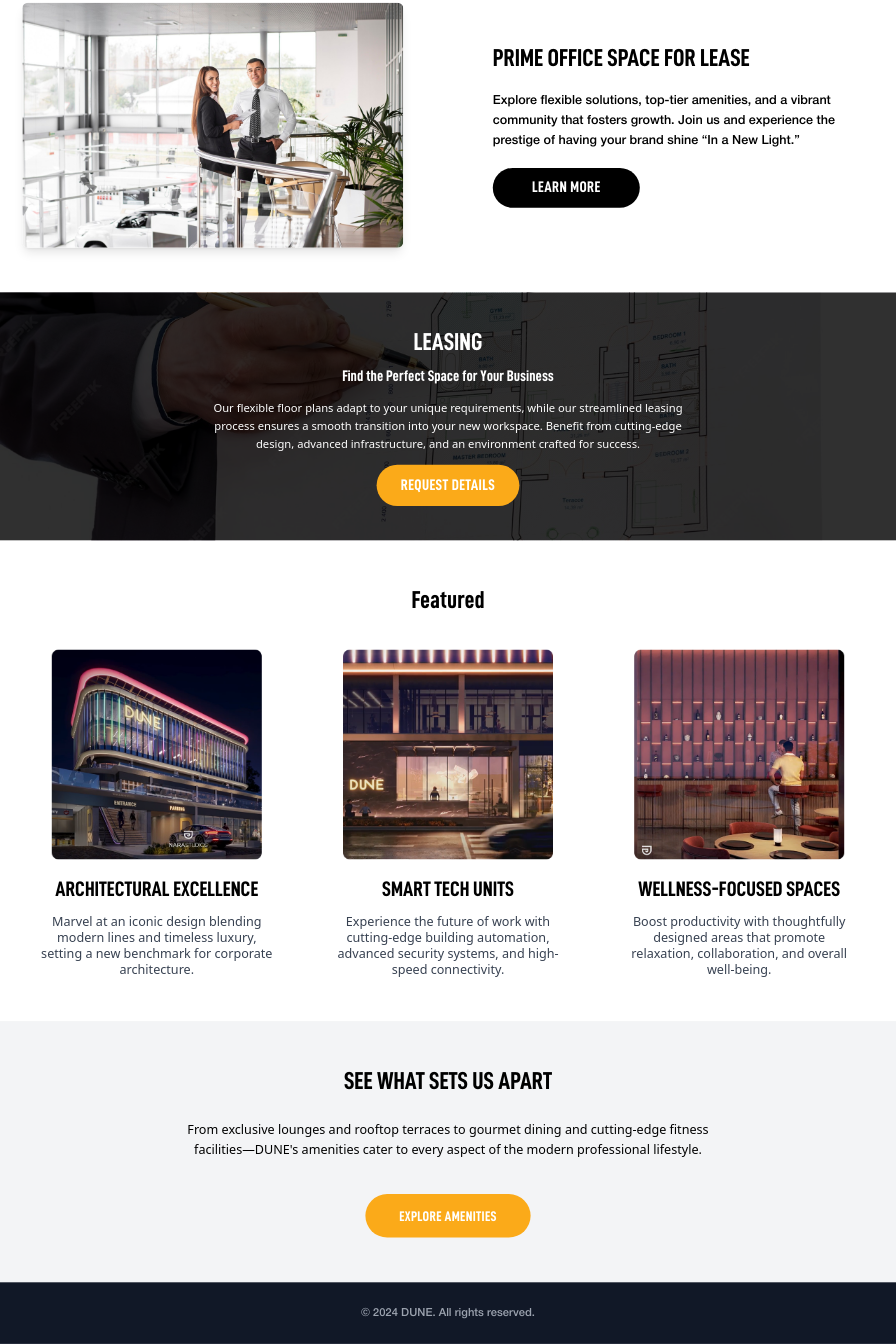
Repository: ahmedassr5765/dune
Page: index.html
An editor plug-in stored every save of this project. The page is shown before and after the next save, followed by the edit.
The browser window is 1280 px wide. The pictures show the part of the page from y = 1687 to 3607 px (the page is 3607 px tall), at 70% of full size.
Some web libraries are served in a nearby version.

Above is the page before, as saved 2025-07-12 19:01:19.

### index.html
<!DOCTYPE html>
<html lang="en" dir="ltr">
<head>
    <meta charset="UTF-8">
    <meta name="viewport" content="width=device-width, initial-scale=1.0">
    <title>DUNE</title>

    <!-- Google Fonts -->
    <link rel="preconnect" href="https://fonts.googleapis.com">
    <link rel="preconnect" href="https://fonts.gstatic.com" crossorigin>
    <link href="https://fonts.googleapis.com/css2?family=DM+Serif+Display:ital@0;1&display=swap" rel="stylesheet">

    <!-- Local Fonts -->
    <style>
        @font-face {
            font-family: 'D-DIN Condensed';
            src: url('./Fonts/D-DINCondensed-Bold.otf') format('opentype');
            font-weight: 700;
            font-style: normal;
        }

        @font-face {
            font-family: 'Helvetica Neue';
            src: url('./Fonts/HelveticaNeueMedium.otf') format('opentype');
            font-weight: 400;
            font-style: normal;
        }
    </style>

    <!-- TailwindCSS -->
    <script src="https://cdn.tailwindcss.com"></script>

    <!-- TailwindCSS Configuration -->
    <script>
        tailwind.config = {
            theme: {
                extend: {
                    fontFamily: {
                        'ddin': ['D-DIN Condensed', 'sans-serif'],
                        'helvetica': ['Helvetica Neue', 'sans-serif'],
                        'dm-serif': ['DM Serif Display', 'serif'],
                    }
                }
            }
        }
    </script>

    <!-- Custom Styles -->
    <style>
        /* RTL Support */
        [dir="rtl"] {
            text-align: right;
        }

        [dir="rtl"] .header-container {
            flex-direction: row-reverse;
        }

        [dir="rtl"] .logo {
            order: 3;
            margin-left: 0;
            margin-right: 0;
        }

        [dir="rtl"] .nav-items {
            order: 2;
            flex-direction: row;
            margin-left: 0;
            margin-right: 0;
            flex: 1;
            justify-content: center;
        }

        [dir="rtl"] .lang-toggle {
            order: 1;
            margin-left: 0;
            margin-right: 0;
        }

        [dir="rtl"] .nav-items a {
            margin-left: 0;
            margin-right: 0;
        }

        /* Language Toggle Button */
        .lang-toggle {
            transition: all 0.3s ease;
        }

        .lang-toggle:hover {
            transform: scale(1.05);
        }

        /* Navigation Active State */
        .nav-active {
            color: #f59e0b;
        }

        /* RTL Animation */
        .rtl-transition {
            transition: all 0.5s ease;
        }

        /* Black Top Bar */
        .top-bar {
            background-color: #000000;
            height: 63px;
        }
    </style>
</head>
<body class="font-helvetica bg-gray-50 rtl-transition">
    <!-- Black Top Bar -->
    <div class="top-bar"></div>

    <!-- Header -->
    <header class="max-w-[1440px] mx-auto bg-white shadow-sm">
        <div class="max-w-8xl mx-auto px-4 border-[#E5E5E5] border-2 sm:px-6 lg:px-8">
            <div class="flex justify-between items-center py-6 header-container">
                <div class="flex items-center logo">
                    <a href="#" class="flex items-center">
                        <img src="/images/logo.svg" alt="DUNE" class="h-8 w-auto">
                    </a>
                </div>
                <nav class="hidden md:flex space-x-20 nav-items">
                    <a href="#" class="text-black hover:text-[#FBAA19] px-3 py-2 text-[24px] font-ddin transition-colors duration-200 nav-link" data-en="HOME" data-ar="الرئيسية">HOME</a>
                    <a href="#" class="text-black hover:text-[#FBAA19] px-3 py-2 text-[24px] font-ddin transition-colors duration-200 nav-link" data-en="ABOUT US" data-ar="معلومات عنا">ABOUT US</a>
                    <a href="#" class="text-black hover:text-[#FBAA19] px-3 py-2 text-[24px] font-ddin transition-colors duration-200 nav-link" data-en="LEASING" data-ar="الإيجار">LEASING</a>
                    <a href="#" class="text-black hover:text-[#FBAA19] px-3 py-2 text-[24px] font-ddin transition-colors duration-200 nav-link" data-en="AMENITIES" data-ar="الخدمات">AMENITIES</a>
                    <a href="#" class="text-black hover:text-[#FBAA19] px-3 py-2 text-[24px] font-ddin transition-colors duration-200 nav-link" data-en="CONTACT US" data-ar="اتصل بنا">CONTACT US</a>
                </nav>
                <div class="flex items-center lang-toggle">
                    <button id="languageToggle" class="bg-black text-white px-4 py-2 text-[28px] font-normal font-dm-serif hover:bg-gray-800 transition-colors duration-200 focus:outline-none focus:ring-2 focus:ring-gray-500 focus:ring-offset-2 rounded-[5px]">
                        En
                    </button>
                </div>
            </div>
        </div>
    </header>

    <!-- Hero Section -->
    <section class="max-w-[1440px] mx-auto relative h-[1024px] bg-cover bg-center bg-no-repeat" style="background-image: url('/images/hero.png');">

        <!-- Text Content Container with Overlay -->
        <div class="absolute bottom-0 left-0 right-0 z-10 h-[350px]">
            <!-- Text Background Overlay -->
            <div class="absolute inset-0" style="background-color: #000000A8;"></div>

            <!-- Text Content -->
            <div class="relative z-20 max-w-7xl mx-auto px-4 sm:px-6 lg:px-8 pb-[90px] pt-[55px] h-full flex flex-col justify-end">
                <div class="">
                    <!-- Main Heading -->
                    <h1 class="text-white font-bold font-ddin mb-4 leading-tight hero-title drop-shadow-lg"
                        style="font-size: 26px; max-width: 741px;"
                        data-en="A premier luxury destination for global brands in the heart of New Cairo."
                        data-ar="وجهة فاخرة ومتميزة للعلامات التجارية العالمية في قلب القاهرة الجديدة.">
                        A premier luxury destination for global brands in the heart of New Cairo.
                    </h1>

                    <!-- Subtitle -->
                    <p class="text-white mb-8 leading-relaxed hero-subtitle font-[300px] font-sans text-[22px] w-[1100px]"
                       data-en="Discover a new era of workspace excellence—where innovation, convenience, and exclusivity converge. Step into DUNE to experience a visionary environment designed for today's most ambitious enterprises."
                       data-ar="اكتشف عصرًا جديدًا من التميز في مساحات العمل، حيث تلتقي الابتكارات والراحة والحصرية. تفضل بزيارة DUNE لتجربة بيئة عمل واعدة مصممة خصيصًا للشركات الأكثر طموحًا في عصرنا.">
                        Discover a new era of workspace excellence—where innovation, convenience, and exclusivity converge. Step into DUNE to experience a visionary environment designed for today's most ambitious enterprises.
                    </p>

                    <!-- CTA Button -->
                    <button class="bg-[#FBAA19] hover:bg-[#e09915] text-white py-[17px] px-[43px] rounded-full text-[20px] transition-colors duration-300 uppercase tracking-wide hero-cta font-ddin"
                            data-en="SCHEDULE A TOUR"
                            data-ar="جدولة جولة">
                        SCHEDULE A TOUR
                    </button>
                </div>
            </div>
        </div>

        <!-- Bottom Logo/Branding -->
        <div class="absolute bottom-8 right-8 z-30">
            <div class="text-white text-xs opacity-60 drop-shadow-md">
                <span class="hero-brand font-ddin" data-en="NARA STUDIOS" data-ar="استوديوهات نارا">NARA STUDIOS</span>
            </div>
        </div>

    </section>

    <!-- Welcome to DUNE Section -->
    <section class="max-w-[1440px] mx-auto bg-white py-16">
        <div class="max-w-7xl mx-auto px-4 sm:px-6 lg:px-8">

            <!-- Welcome to DUNE Block -->
            <div class="grid md:grid-cols-2 gap-12 items-center mb-20">
                <!-- Text Content -->
                <div class="space-y-6">
                    <h2 class="text-black font-bold font-ddin text-[35px] leading-tight welcome-title"
                        data-en="WELCOME TO DUNE"
                        data-ar="مرحباً بكم في DUNE">
                        WELCOME TO DUNE
                    </h2>

                    <p class="text-black text-[18px] max-w-[470px] font-normal leading-relaxed font-helvetica welcome-desc"
                       data-en="DUNE redefines modern business environments. Strategically located in New Cairo's thriving hub, we provide state-of-the-art office and retail spaces to empower multinational companies and elevate the standard of luxury and innovation."
                       data-ar="يُعيد &quot;DUNE&quot; تعريف بيئات الأعمال العصرية. بموقعه الاستراتيجي في قلب القاهرة الجديدة النابض بالحياة، نوفر مساحات مكتبية وتجارية متطورة تُمكّن الشركات متعددة الجنسيات من تحقيق نموّ متسارع، وترتقي بمستوى الفخامة والابتكار.">
                        DUNE redefines modern business environments. Strategically located in New Cairo's thriving hub, we provide state-of-the-art office and retail spaces to empower multinational companies and elevate the standard of luxury and innovation.
                    </p>

                    <button class="bg-black hover:bg-gray-800 text-white py-[12px] px-[56px] rounded-full text-[22px] font-bold transition-colors duration-300 uppercase tracking-wide welcome-cta font-ddin"
                            data-en="LEARN MORE"
                            data-ar="اعرف المزيد">
                        LEARN MORE
                    </button>
                </div>

                <!-- Image -->
                <div class="relative">
                    <img src="/images/welcome.png" alt="DUNE Building" class="w-[600px] h-[350px] object-cover rounded-lg shadow-lg">
                </div>
            </div>

            <!-- Prime Office Space Block -->
            <div class="grid md:grid-cols-2 gap-[128px] items-center">
                <!-- Image -->
                <div class="relative order-2 md:order-1">
                    <img src="/images/office.png" alt="Office Interior" class="w-[600px] h-[350px] object-cover rounded-lg shadow-lg">
                </div>

                <!-- Text Content -->
                <div class="space-y-6 order-1 md:order-2">
                    <h2 class="text-black font-bold font-ddin text-[35px] leading-tight office-title"
                        data-en="PRIME OFFICE SPACE FOR LEASE"
                        data-ar="مساحات مكتبية متميزة للإيجار">
                        PRIME OFFICE SPACE FOR LEASE
                    </h2>

                    <p class="text-black text-[18px] max-w-[498px] font-normal leading-relaxed font-helvetica office-desc"
                       data-en="Explore flexible solutions, top-tier amenities, and a vibrant community that fosters growth. Join us and experience the prestige of having your brand shine &quot;In a New Light.&quot;"
                       data-ar="استكشف حلولاً مرنة، ومرافق فاخرة، ومجتمعًا نابضًا بالحياة يُعزز النمو
                       . انضم إلينا واختبر روعة علامتك التجارية التي تتألق &quot;في ضوء جديد&quot;.">
                       Explore flexible solutions, top-tier amenities, and a vibrant community
                       that fosters growth. Join us and experience the prestige
                       of having your brand shine “In a New Light.”
                    </p>

                    <button class="bg-black hover:bg-gray-800 text-white py-[12px] px-[56px] rounded-full text-[22px] font-bold transition-colors duration-300 uppercase tracking-wide office-cta font-ddin"
                            data-en="LEARN MORE"
                            data-ar="اعرف المزيد">
                        LEARN MORE
                    </button>
                </div>
            </div>

        </div>
    </section>

    <!-- Leasing Section -->
    <section class="max-w-[1440px] mx-auto relative h-[354px] bg-cover bg-center bg-no-repeat" style="background-image: url('/images/leasing.png');">

        <!-- Dark Overlay -->
        <div class="absolute inset-0" style="background-color: #000000CF;"></div>

        <!-- Content -->
        <div class="relative z-10 h-full flex flex-col justify-center items-center text-center px-4 sm:px-6 lg:px-8">
            <div class="max-w-4xl mx-auto">
                <!-- Main Heading -->
                <h2 class="text-white font-bold font-ddin text-[35px] mb-[14px] leading-tight leasing-title"
                    data-en="LEASING"
                    data-ar="التأجير">
                    LEASING
                </h2>

                <!-- Subheading -->
                <h3 class="text-white font-bold font-ddin text-[22px] mb-[17px] leading-tight leasing-subtitle"
                    data-en="Find the Perfect Space for Your Business"
                    data-ar="اعثر على المساحة المثالية لعملك">
                    Find the Perfect Space for Your Business
                </h3>

                <!-- Description -->
                <p class="text-white text-[16px] leading-relaxed font-normal font-sans mb-[17px] max-w-[689px] mx-auto leasing-desc"
                   data-en="Our flexible floor plans adapt to your unique requirements, while our streamlined leasing process ensures a smooth transition into your new workspace. Benefit from cutting-edge design, advanced infrastructure, and an environment crafted for success."
                   data-ar="تتكيف مخططات الأرضيات المرنة لدينا مع متطلباتك الفريدة، بينما تضمن عملية التأجير المبسطة لدينا انتقالاً سلساً إلى مساحة العمل الجديدة. استفد من التصميم المتطور والبنية التحتية المتقدمة والبيئة المصممة للنجاح.">
                    Our flexible floor plans adapt to your unique requirements, while our streamlined leasing process ensures a smooth transition into your new workspace. Benefit from cutting-edge design, advanced infrastructure, and an environment crafted for success.
                </p>

                <!-- CTA Button -->
                <button class="bg-[#FBAA19] hover:bg-[#e09915] text-white py-[13px] px-[34px] rounded-full text-[22px] font-bold transition-colors duration-300 uppercase tracking-wide leasing-cta font-ddin"
                        data-en="REQUEST DETAILS"
                        data-ar="طلب التفاصيل">
                    REQUEST DETAILS
                </button>
            </div>
        </div>

    </section>

    <!-- Featured Section -->
    <section class="max-w-[1440px] mx-auto bg-white py-16">
        <div class="max-w-7xl mx-auto px-4 sm:px-6 lg:px-8">

            <!-- Main Heading -->
            <div class="text-center mb-12">
                <h2 class="text-black font-bold font-ddin text-[35px] leading-tight featured-main-title"
                    data-en="Featured"
                    data-ar="مميز">
                    Featured
                </h2>
            </div>

            <!-- Featured Grid -->
            <div class="grid md:grid-cols-3 gap-8">

                <!-- Featured Item 1 -->
                <div class="text-center">
                    <div class="relative overflow-hidden rounded-lg mb-6">
                        <img src="/images/featured.png" alt="Architectural Excellence" class="w-[300px] h-[300px] object-cover mx-auto">
                    </div>
                    <h3 class="text-black font-bold font-ddin text-[30px] mb-4 leading-tight featured-title-1"
                        data-en="ARCHITECTURAL EXCELLENCE"
                        data-ar="التميز المعماري">
                        ARCHITECTURAL EXCELLENCE
                    </h3>
                    <p class="text-gray-700 text-[18px] leading-tight font-sans max-w-[338px] mx-auto featured-desc-1"
                       data-en="Marvel at an iconic design blending modern lines and timeless luxury, setting a new benchmark for corporate architecture."
                       data-ar="استمتع بتصميم أيقوني يمزج بين الخطوط الحديثة والفخامة الخالدة، مما يضع معياراً جديداً للعمارة المؤسسية.">
                        Marvel at an iconic design blending modern lines and timeless luxury, setting a new benchmark for corporate architecture.
                    </p>
                </div>

                <!-- Featured Item 2 -->
                <div class="text-center">
                    <div class="relative overflow-hidden rounded-lg mb-6">
                        <img src="/images/featured-2.png" alt="Smart Tech Units" class="w-[300px] h-[300px] object-cover mx-auto">
                    </div>
                    <h3 class="text-black font-bold font-ddin text-[30px] mb-4 leading-tight featured-title-2"
                        data-en="SMART TECH UNITS"
                        data-ar="وحدات التكنولوجيا الذكية">
                        SMART TECH UNITS
                    </h3>
                    <p class="text-gray-700 text-[18px] leading-tight font-sans max-w-[338px] mx-auto featured-desc-2"
                       data-en="Experience the future of work with cutting-edge building automation, advanced security systems, and high-speed connectivity."
                       data-ar="اختبر مستقبل العمل مع أتمتة المباني المتطورة وأنظمة الأمان المتقدمة والاتصال عالي السرعة.">
                        Experience the future of work with cutting-edge building automation, advanced security systems, and high-speed connectivity.
                    </p>
                </div>

                <!-- Featured Item 3 -->
                <div class="text-center">
                    <div class="relative overflow-hidden rounded-lg mb-6">
                        <img src="/images/featured-3.png" alt="Wellness-Focused Spaces" class="w-[300px] h-[300px] object-cover mx-auto">
                    </div>
                    <h3 class="text-black font-bold font-ddin text-[30px] mb-4 leading-tight featured-title-3"
                        data-en="WELLNESS-FOCUSED SPACES"
                        data-ar="المساحات المركزة على العافية">
                        WELLNESS-FOCUSED SPACES
                    </h3>
                    <p class="text-gray-700 text-[18px] leading-tight font-sans max-w-[338px] mx-auto featured-desc-3"
                       data-en="Boost productivity with thoughtfully designed areas that promote relaxation, collaboration, and overall well-being."
                       data-ar="عزز الإنتاجية مع المناطق المصممة بعناية التي تعزز الاسترخاء والتعاون والرفاهية العامة.">
                        Boost productivity with thoughtfully designed areas that promote relaxation, collaboration, and overall well-being.
                    </p>
                </div>

            </div>

        </div>
    </section>

    <!-- See What Sets Us Apart Section -->
    <section class="max-w-[1440px] mx-auto bg-gray-100 py-16">
        <div class="max-w-7xl mx-auto px-4 sm:px-6 lg:px-8">

            <!-- Content Container -->
            <div class="text-center">

                <!-- Main Heading -->
                <h2 class="text-black font-bold font-ddin text-[35px] mb-8 leading-tight apart-main-title"
                    data-en="SEE WHAT SETS US APART"
                    data-ar="اكتشف ما يميزنا">
                    SEE WHAT SETS US APART
                </h2>

                <!-- Description -->
                <p class="text-black text-[18px] leading-relaxed font-sans max-w-[800px] mx-auto mb-12 apart-description"
                   data-en="From exclusive lounges and rooftop terraces to gourmet dining and cutting-edge fitness facilities—DUNE's amenities cater to every aspect of the modern professional lifestyle."
                   data-ar="من الصالات الحصرية والمدرجات على الأسطح إلى تناول الطعام الفاخر ومرافق اللياقة البدنية المتطورة - تلبي وسائل الراحة في ديون كل جانب من جوانب نمط الحياة المهنية الحديثة.">
                    From exclusive lounges and rooftop terraces to gourmet dining and cutting-edge fitness facilities—DUNE's amenities cater to every aspect of the modern professional lifestyle.
                </p>

                <!-- CTA Button -->
                <button class="bg-[#FBAA19] hover:bg-[#e09915] text-white py-[16px] px-[48px] rounded-full text-[20px] font-bold transition-colors duration-300 uppercase tracking-wide apart-cta font-ddin"
                        data-en="EXPLORE AMENITIES"
                        data-ar="استكشف المرافق">
                    EXPLORE AMENITIES
                </button>

            </div>

        </div>
    </section>

    <!-- Footer -->
    <footer class="bg-gray-900 text-white">
        <div class="max-w-7xl mx-auto px-4 sm:px-6 lg:px-8 py-8">
            <div class="text-center">
                <p class="text-gray-400 footer-text" data-en="&copy; 2024 DUNE. All rights reserved." data-ar="&copy; 2024 ديون. جميع الحقوق محفوظة.">&copy; 2024 DUNE. All rights reserved.</p>
            </div>
        </div>
    </footer>

    <!-- External JavaScript -->
    <script src="index.js"></script>
</body>
</html>

Loaded but not shown: index.js (188 lines, source omitted)

After the next save:
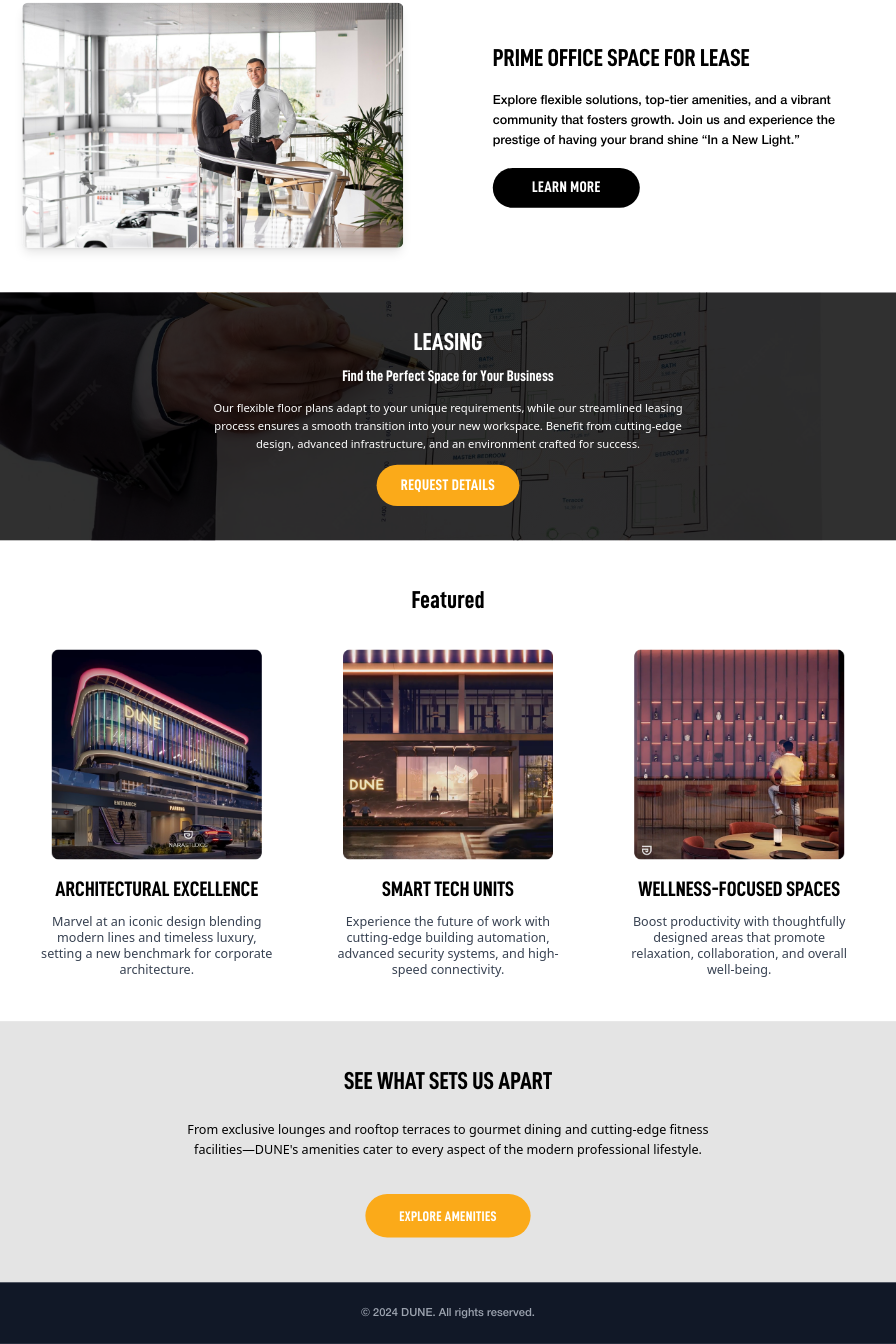
Saved 8 s later.
--- a/index.html
+++ b/index.html
@@ -364,7 +364,7 @@
     </section>
 
     <!-- See What Sets Us Apart Section -->
-    <section class="max-w-[1440px] mx-auto bg-gray-100 py-16">
+    <section class="max-w-[1440px] mx-auto bg-[#E4E4E4] py-16">
         <div class="max-w-7xl mx-auto px-4 sm:px-6 lg:px-8">
 
             <!-- Content Container -->
